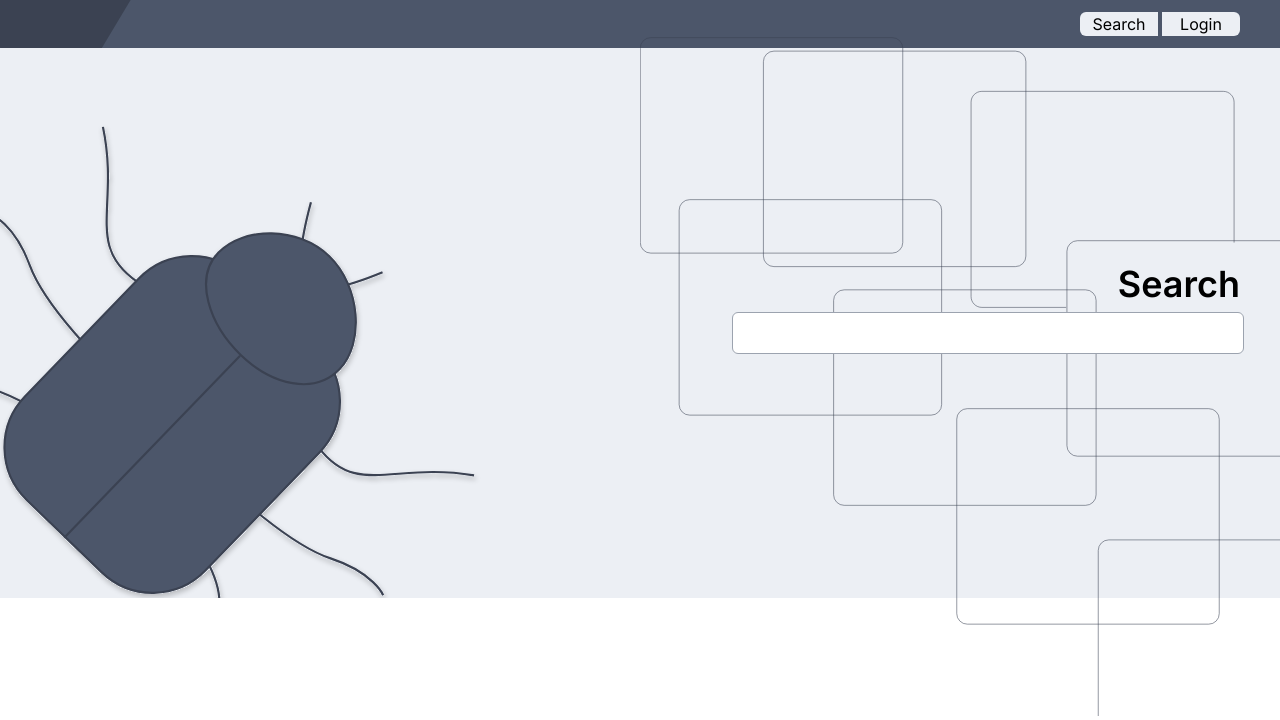
Repository: Qu4ntumGuy/project-bug
Page: /
An editor plug-in stored every save of this project. The page is shown before and after the next save, followed by the edit.
The browser window is 1280 px wide. The pictures show the whole page.
The project was rebuilt for these pictures with package versions that can differ from the ones it lists, and the page was loaded fresh each time. The framework's server and built-in components were replaced by stand-ins that run in the browser. Also part of the build but not shown: next.config.mjs.

Above is the page before, as saved 2024-02-12 00:12:39.

### src/app/layout.js
import { Inter } from "next/font/google";
import "./globals.css";

const inter = Inter({ subsets: ["latin"] });

export default function RootLayout({ children }) {
  return (
    <html lang="en">
      <head>
        <title>Project-bug</title>
        <meta name="description" content="Description goes here." />
        <link rel="preconnect" href="https://fonts.googleapis.com" />
        <link rel="preconnect" href="https://fonts.gstatic.com" crossorigin />
        <link
          href="https://fonts.googleapis.com/css2?family=Fira+Code:wght@300;400;500;600&display=swap"
          rel="stylesheet"
        />
      </head>
      <body className={inter.className}>{children}</body>
    </html>
  );
}

### src/app/page.js
import Navbar from "@/components/Navbar";
import Image from "next/image";
import bug from "../../public/Bug.svg";
import bgdesign from "../../public/bgDesign.svg";
import bgmain from "../../public/bg-main.svg";

export default function Home() {
  const bgimg = "/Bug.svg";
  return (
    <div className="bg-[#ECEFF4] overflow-hidden ">
      <Navbar />
      <div className="flex justify-between">
        {/* <Image className="" src={bug} alt="bug" />
        <Image className=" top-1 w-[100%]" src={bgdesign} alt="bgdesign" /> */}
        <div className="w-full">
          <Image className="" height={550} src={bug} alt="bug" />
        </div>
        <div className="w-full">
          <Image
            className="absolute -top-1 right-0 w-[50%] h-[100%]"
            height={650}
            src={bgdesign}
            alt="bgdesign"
          />
        </div>
        <div className="absolute right-10 top-[35%] w-[40%]">
          <form className="flex w-full flex-col justify-end items-end m-3 mr-10">
            <label className="mr-3 text-4xl font-semibold " htmlFor="search">
              Search
            </label>
            <input
              className="p-2 w-full m-2 border border-gray-400 rounded-md"
              type="text"
            />
          </form>
        </div>
      </div>
    </div>
  );
}

### src/app/globals.css
@tailwind base;
@tailwind components;
@tailwind utilities;

/* :root {
  --foreground-rgb: 0, 0, 0;
  --background-start-rgb: 214, 219, 220;
  --background-end-rgb: 255, 255, 255;
} */

/* @media (prefers-color-scheme: dark) {
  :root {
    --foreground-rgb: 255, 255, 255;
    --background-start-rgb: 0, 0, 0;
    --background-end-rgb: 0, 0, 0;
  }
} */

body {
  color: rgb(var(--foreground-rgb));
  background: rgba(255, 255, 255, 1);
  font-family: 'Fira Code', monospace;
}

@font-face {
  font-family: "Fira Code";
  src: url("../../public/font/FiraCode-VariableFont_wght.ttf")
    format("truetype");
}


/* @layer utilities {
  .text-balance {
    text-wrap: balance;
  }
} */

### src/components/Navbar.js
import Image from "next/image";
import reactangle from "../../public/Rectangle 5.svg";

export default function Navbar() {
  return (
    <nav className="h-[10%] w-full bg-[#4C566A] flex justify-end">
      <div className="absolute flex -left-1 -top-1">
        <Image
          src={reactangle}
          alt="reactangle"
          height={52}
          className=" rounded-md"
        />
      </div>
      <div className="flex m-3 w-40 mr-10 justify-between">
        <div className="flex bg-[#ECEFF4] w-full mr-1 rounded-l-md items-center justify-center align-middle">
          <button>Search</button>
        </div>
        <div className="flex bg-[#ECEFF4] w-full rounded-r-md items-center justify-center align-middle">
          <button>Login</button>
        </div>
      </div>
    </nav>
  );
}

Loaded but not shown: tailwind.config.js (common file)

After the next save:
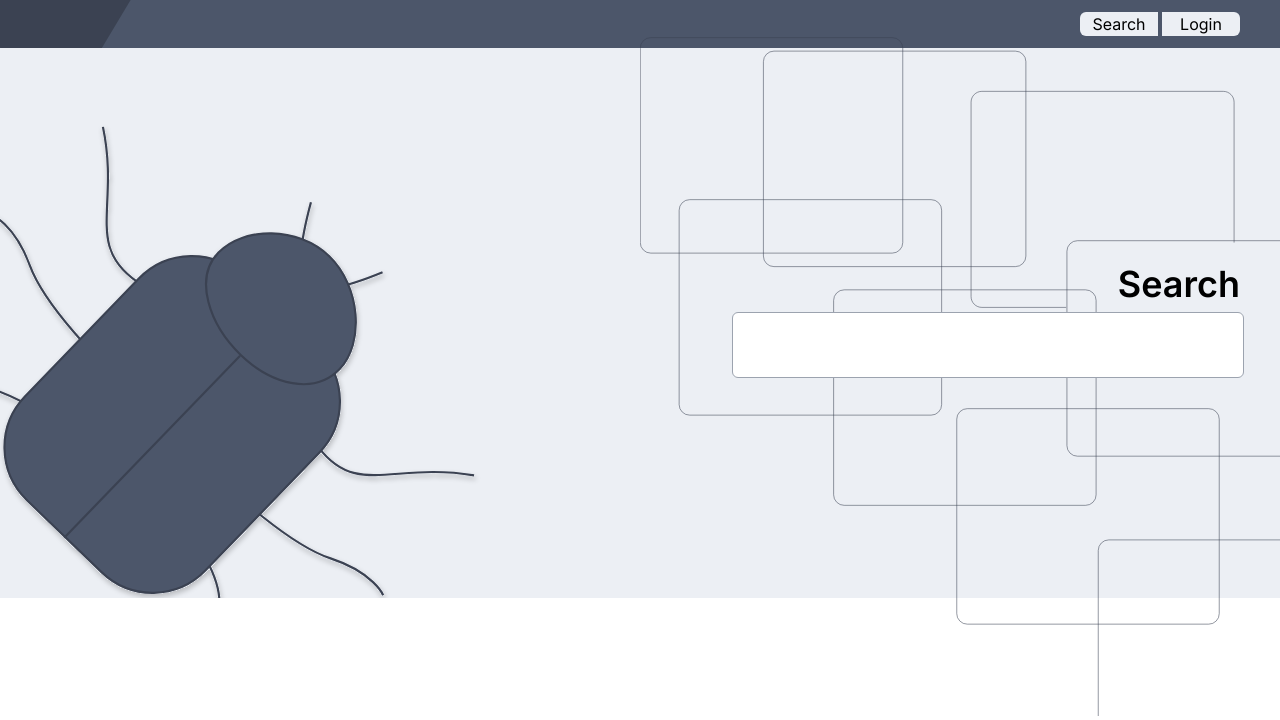
Saved 7 s later.
--- a/src/app/page.js
+++ b/src/app/page.js
@@ -29,7 +29,7 @@
               Search
             </label>
             <input
-              className="p-2 w-full m-2 border border-gray-400 rounded-md"
+              className="p-5 w-full m-2 border border-gray-400 rounded-md"
               type="text"
             />
           </form>

After the 2 saves that followed:
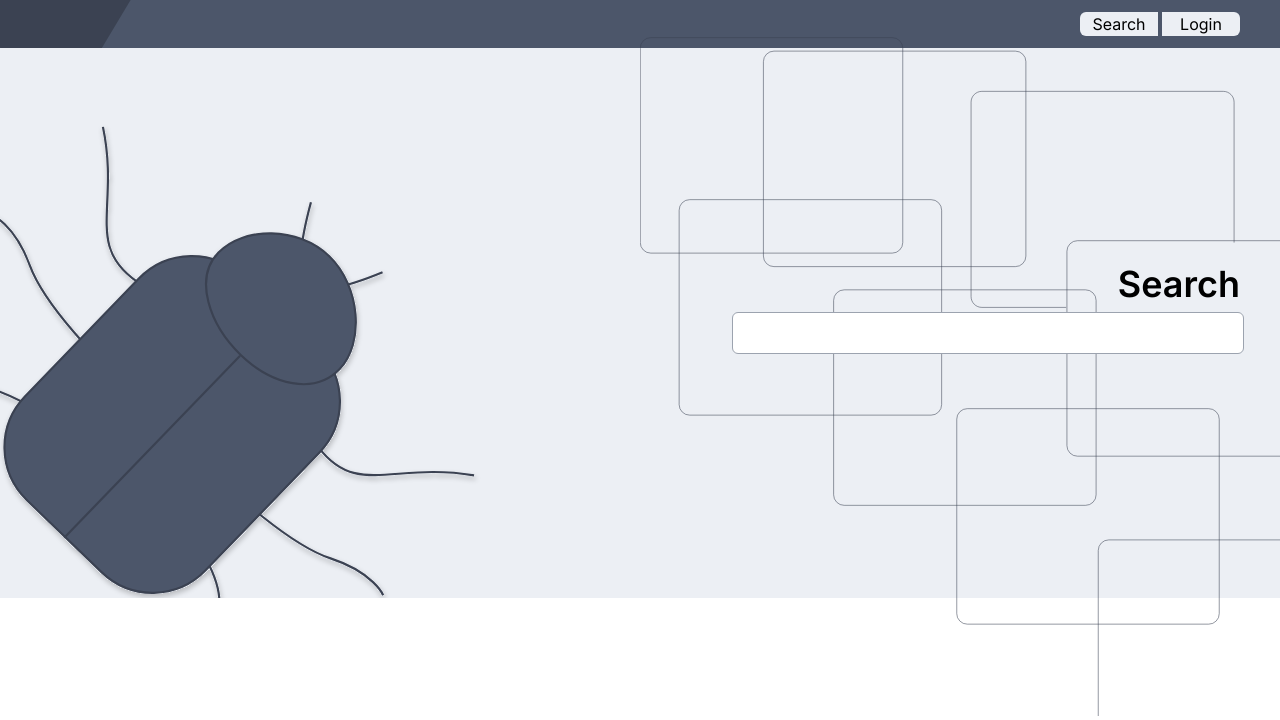
The 2 saves are shown as one change because they came seconds apart.
The last was saved 10 s later.
--- a/src/app/page.js
+++ b/src/app/page.js
@@ -29,7 +29,7 @@
               Search
             </label>
             <input
-              className="p-5 w-full m-2 border border-gray-400 rounded-md"
+              className="p-2 w-full m-2 border border-gray-400 rounded-md"
               type="text"
             />
           </form>
